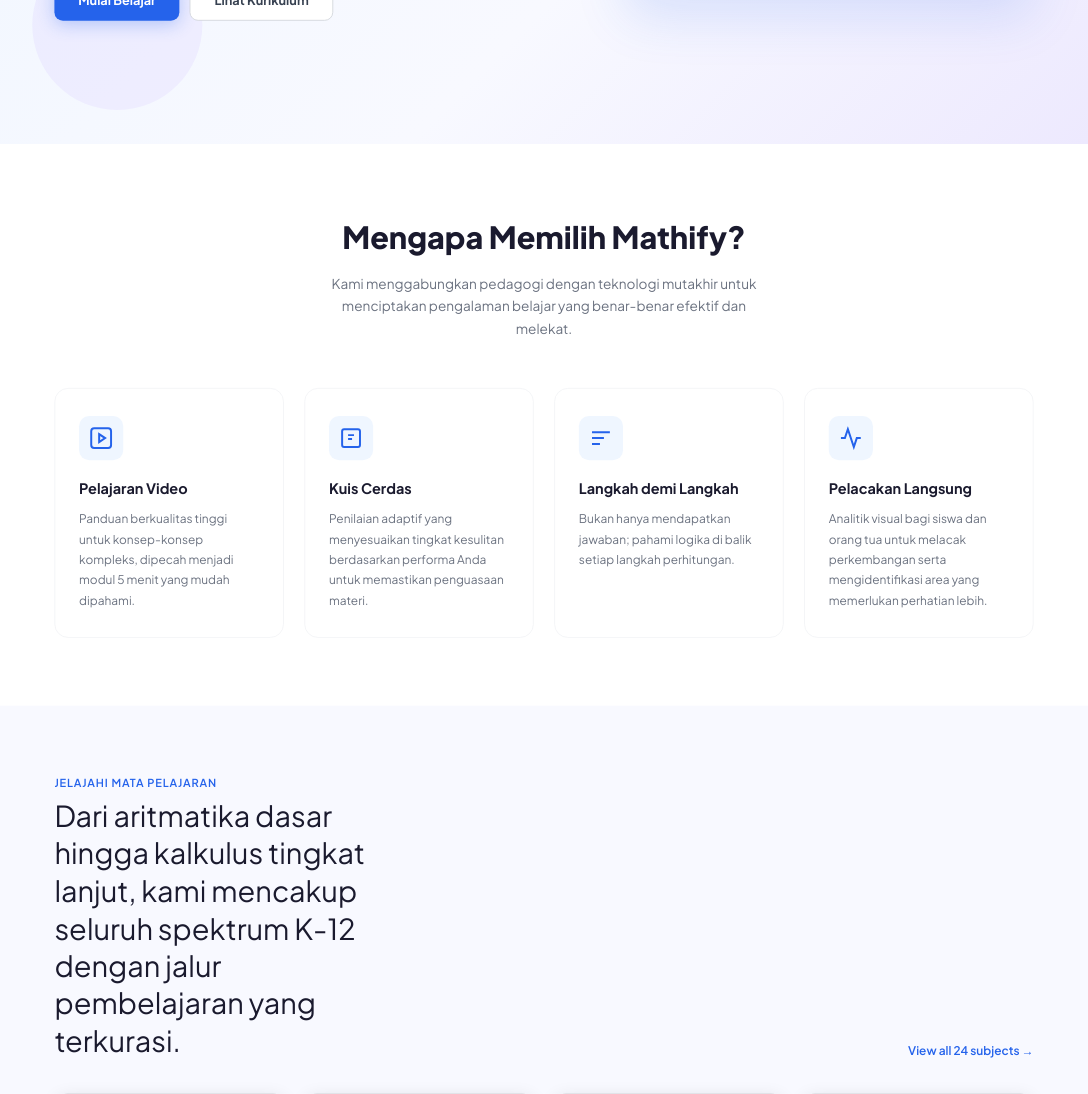
Repository: AdityaRevangga/Mathify
Page: /dashboard (app in frontend/)
These files come from the project's save history. The page is drawn as it stood at one moment and after the next save; the edit follows.
The browser window is 1280 px wide. The pictures show the part of the page from y = 550 to 1837 px (the page is 2926 px tall), at 85% of full size.
Pictures or frames that could not be fetched are drawn as grey boxes. The page's requests for data from a server got no answer. The project was rebuilt for these pictures with package versions that can differ from the ones it lists, and the page was loaded fresh each time. No one was signed in, and anything a server would have sent is missing. Also part of the build but not shown: frontend/vite.config.js, frontend/src/index.css, frontend/src/components/Sidebar.jsx, frontend/src/components/Topbar.jsx, frontend/src/layouts/DashboardLayout.jsx, frontend/src/layouts/AuthLayout.jsx, frontend/src/layouts/MateriLayout.jsx, frontend/src/pages/LoginPage.jsx and 12 more.

Above is the page before, as saved 2026-06-02 14:23:07.

After the next save:
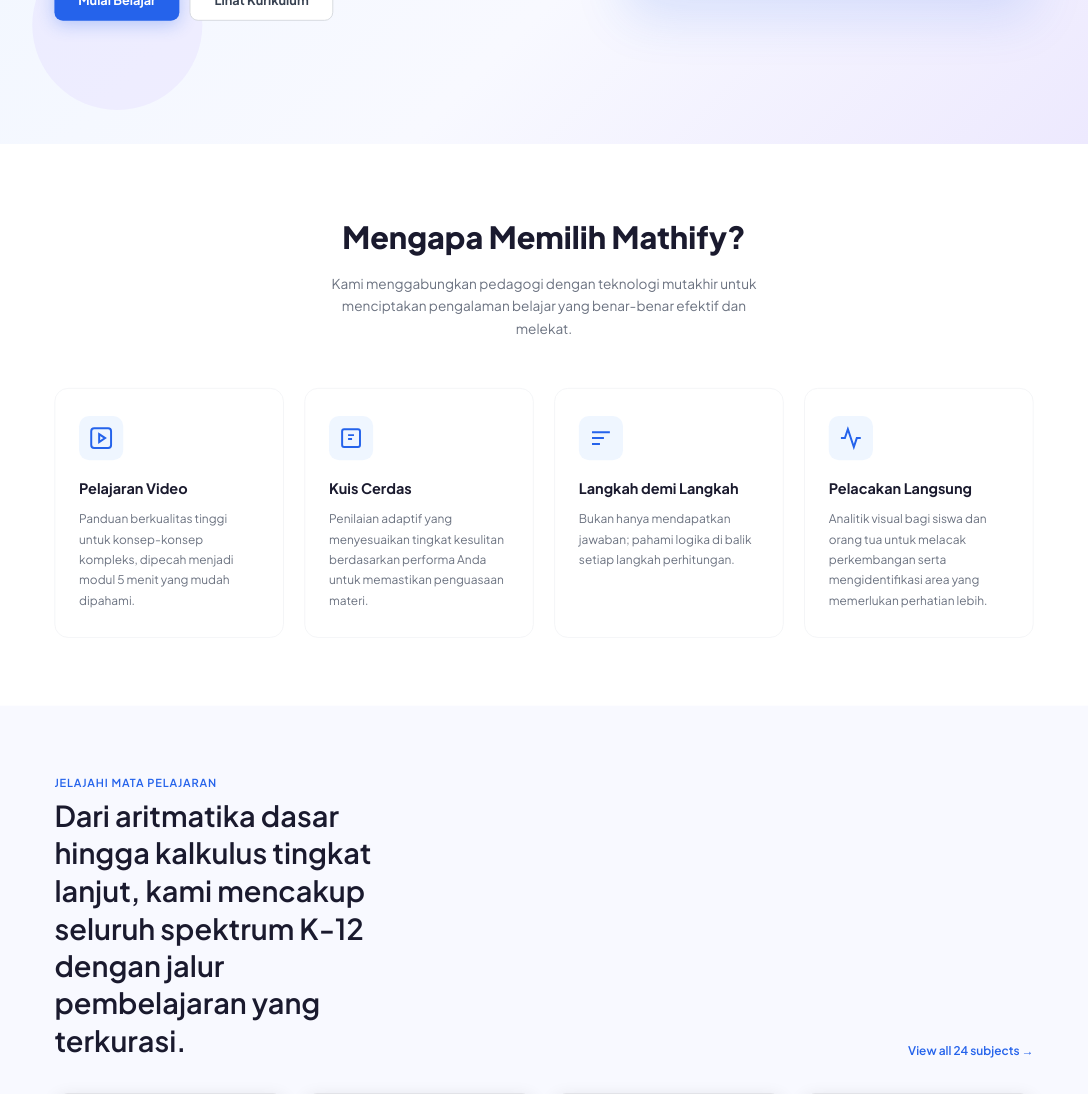
Saved 32 s later.
--- a/frontend/src/pages/LandingPage.jsx
+++ b/frontend/src/pages/LandingPage.jsx
@@ -216,7 +216,7 @@
           <div style={{ display: 'flex', justifyContent: 'space-between', alignItems: 'flex-end', marginBottom: 40, flexWrap: 'wrap', gap: 16 }}>
             <div>
               <p style={{ fontSize: 13, fontWeight: 600, color: '#2563EB', marginBottom: 6, textTransform: 'uppercase', letterSpacing: 1 }}>Jelajahi Mata Pelajaran</p>
-              <h2 style={{ fontSize: 'clamp(22px, 3vw, 34px)', fontWeight: 400, lineHeight: 1.3, maxWidth: 400 }}>
+              <h2 style={{ fontSize: 'clamp(22px, 3vw, 34px)', fontWeight: 600, lineHeight: 1.3, maxWidth: 400 }}>
                 Dari aritmatika dasar hingga kalkulus tingkat lanjut, kami mencakup seluruh spektrum K-12 dengan jalur pembelajaran yang terkurasi.
               </h2>
             </div>
